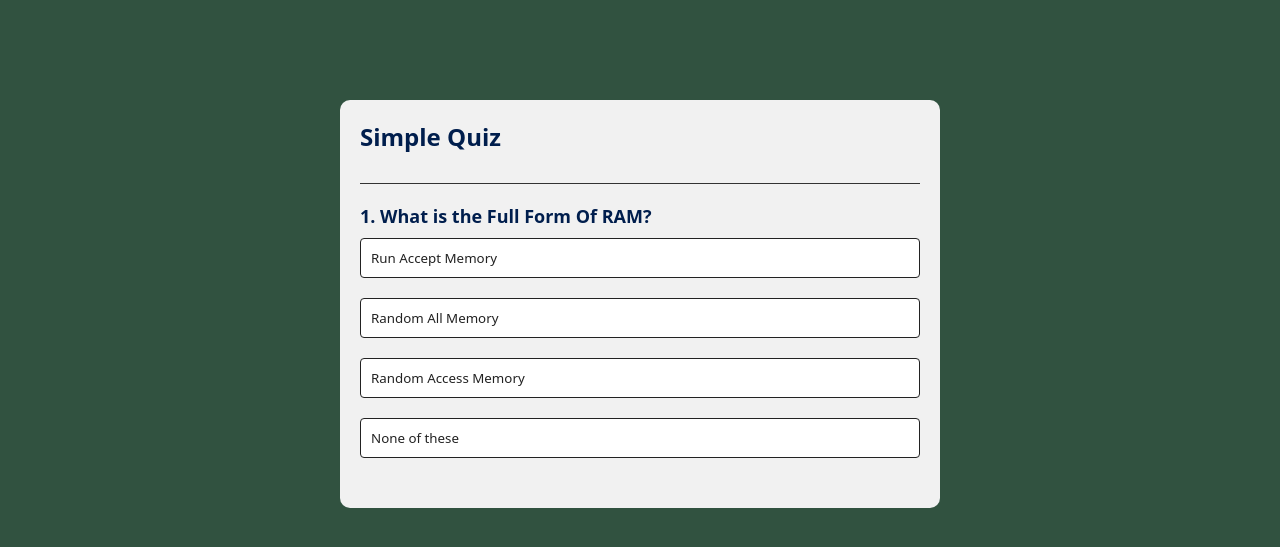
Repository: VickyJacob23/Quiz-App
Page: index.html
These files come from the project's save history. The page is drawn as it stood at one moment and after the next save; the edit follows.
The browser window is 1280 px wide. The pictures show the whole page.
After loading, the first visible `button.btn` was clicked once.

Above is the page before, as saved 2024-08-05 17:16:29.

After the next save:
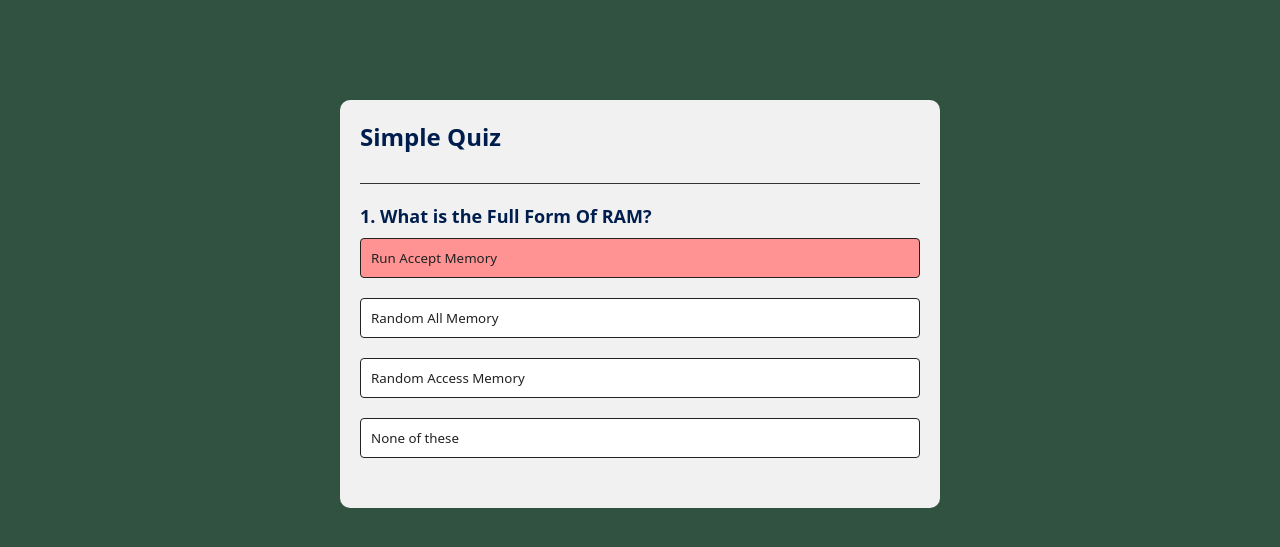
Saved 100 s later.
--- a/styles.css
+++ b/styles.css
@@ -61,3 +61,9 @@ body{
     border:0;
     display: none;
 }
+.correct{
+    background-color:#9aeabc;
+}
+.wrong{
+    background-color:#ff9393;
+}
